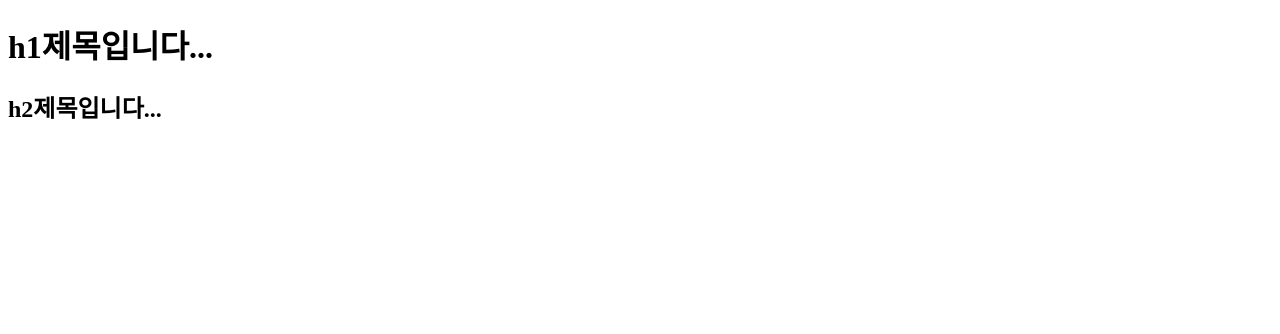
Repository: blinggg/html_git
Page: 0406/ex0406/WebContent/ex01.html
These files come from the project's save history. The page is drawn as it stood at one moment and after the next save; the edit follows.
The browser window is 1280 px wide. The pictures show the whole page.

Above is the page before, as saved 2020-04-06 00:12:41.

After the next save:
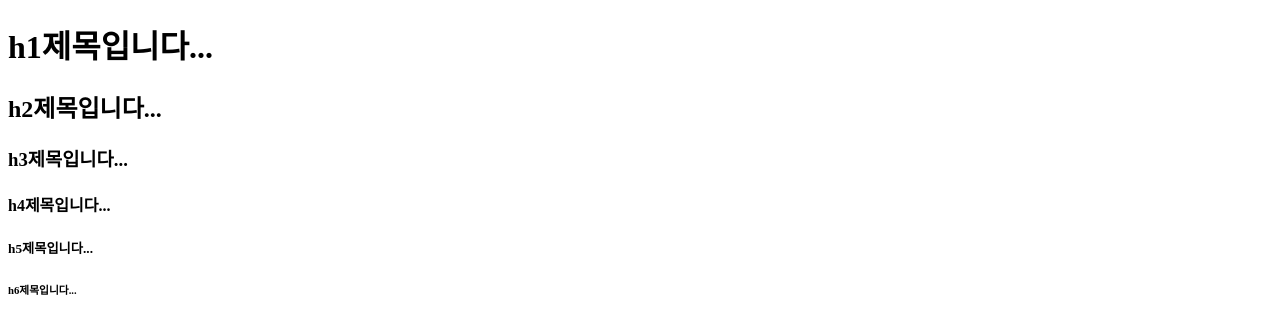
Saved 2 min 58 s later.
--- a/0406/ex0406/WebContent/ex01.html
+++ b/0406/ex0406/WebContent/ex01.html
@@ -8,6 +8,10 @@
 <body>
 	 <h1>h1제목입니다...</h1>
 	 <h2>h2제목입니다...</h2>
+	 <h3>h3제목입니다...</h3>
+	 <h4>h4제목입니다...</h4>
+	 <h5>h5제목입니다...</h5>
+	 <h6>h6제목입니다...</h6>
 
 </body>
 </html>
